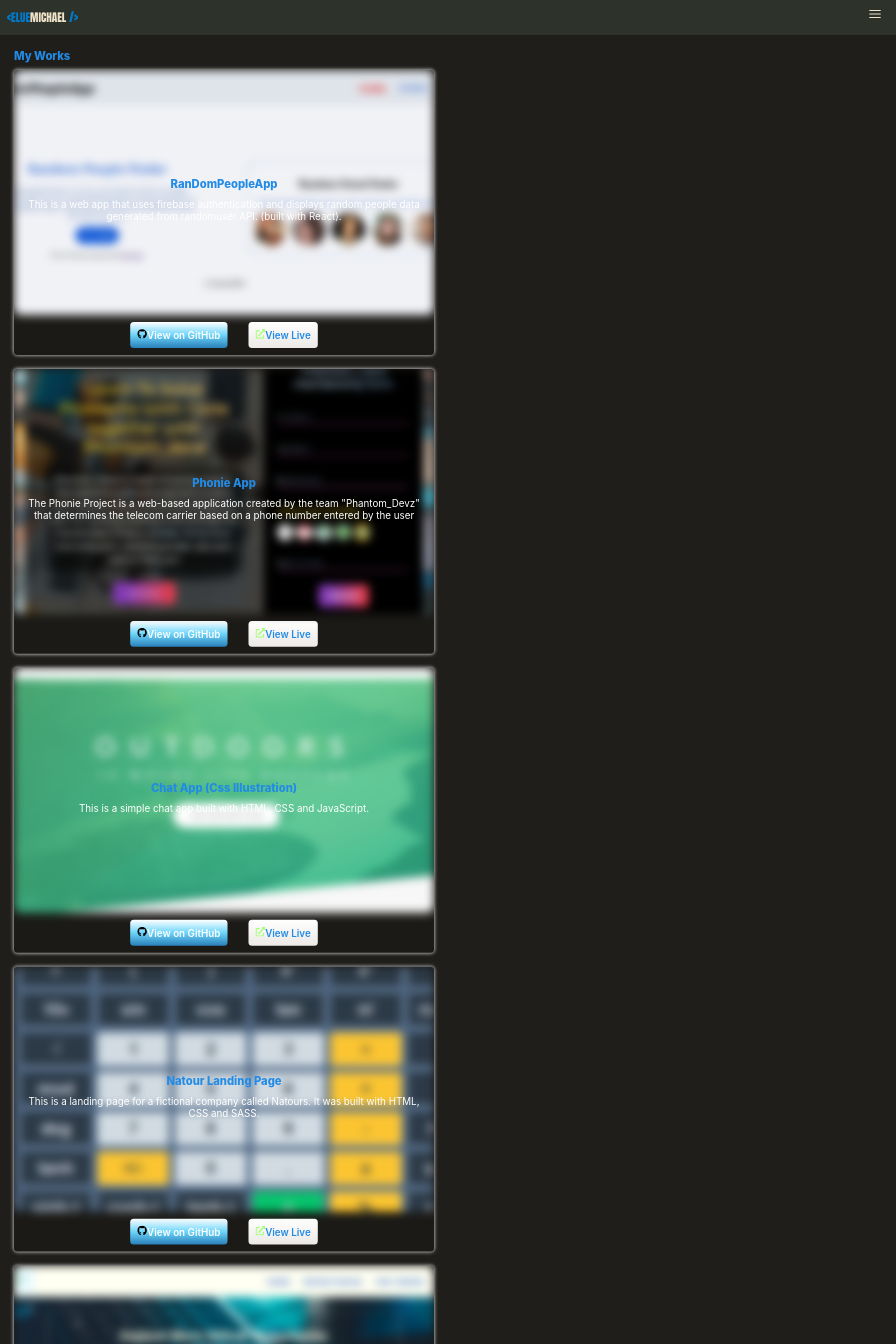
Repository: MikkyPrestige/portfolio
Page: /projects
An editor plug-in stored every save of this project. The page is shown before and after the next save, followed by the edit.
The browser window is 1280 px wide. The pictures show the part of the page from y = 0 to 1920 px (the page is 5651 px tall), at 70% of full size.
The project was rebuilt for these pictures with package versions that can differ from the ones it lists, and the page was loaded fresh each time. Also part of the build but not shown: src/components/avatar.jsx, src/components/home.jsx, src/components/about.jsx, src/components/fallback.jsx.

Above is the page before, as saved 2023-02-21 18:53:49.

### public/index.html
<!DOCTYPE html>
<html lang="en">
  <head>
    <meta charset="utf-8" />
    <link rel="icon" href="%PUBLIC_URL%/favicon.ico" />
    <meta name="viewport" content="width=device-width, initial-scale=1" />
    <meta name="theme-color" content="#000000" />
    <meta
      name="description"
      content="Web site created using create-react-app"
    />
    <link rel="apple-touch-icon" href="%PUBLIC_URL%/logo192.png" />
    <!--
      manifest.json provides metadata used when your web app is installed on a
      user's mobile device or desktop. See https://developers.google.com/web/fundamentals/web-app-manifest/
    -->
    <link rel="manifest" href="%PUBLIC_URL%/manifest.json" />
    <!--
      Notice the use of %PUBLIC_URL% in the tags above.
      It will be replaced with the URL of the `public` folder during the build.
      Only files inside the `public` folder can be referenced from the HTML.

      Unlike "/favicon.ico" or "favicon.ico", "%PUBLIC_URL%/favicon.ico" will
      work correctly both with client-side routing and a non-root public URL.
      Learn how to configure a non-root public URL by running `npm run build`.
    -->
    <title>Elue Michael Portfolio</title>
  </head>
  <body>
    <noscript>You need to enable JavaScript to run this app.</noscript>
    <div id="root"></div>
    <!--
      This HTML file is a template.
      If you open it directly in the browser, you will see an empty page.

      You can add webfonts, meta tags, or analytics to this file.
      The build step will place the bundled scripts into the <body> tag.

      To begin the development, run `npm start` or `yarn start`.
      To create a production bundle, use `npm run build` or `yarn build`.
    -->
  </body>
</html>

### src/assets/styles/sass/main.scss
@import 'abstracts/variables';
@import 'base/utilities';
@import 'base/base';
@import 'layouts/header';
@import 'pages/home';
@import 'pages/about';
@import 'pages/projects';

// @media (prefers-reduced-motion: no-preference) {
//   .App-logo {
//     animation: App-logo-spin infinite 20s linear;
//   }
// }

// @keyframes App-logo-spin {
//   from {
//     transform: rotate(0deg);
//   }
//   to {
//     transform: rotate(360deg);
//   }
// }

### src/components/layout.jsx
import React from "react";
import { MdClose } from "react-icons/md";
import { FiMenu } from "react-icons/fi";
import { useState } from "react";
import { NavLink } from "react-router-dom";

const Layout = () => {
  return (
    <div>
      <LayoutSmall />
      <LayoutLarge />
    </div>
  );
};

const CustomNavLink = ({ to, ...props }) => {
  let activeStyle = {
    color: "var(--color--green)",
    textDecoration: "underline",
  };

  return (
    <NavLink
      to={to}
      style={({ isActive }) =>
        isActive ? activeStyle : { textDecoration: "none" }
      }
      {...props}
    />
  );
};

const LayoutSmall = () => {
  const [showMenu, setShowMenu] = useState(false);

  const toggleMenu = () => {
    setShowMenu(!showMenu);
  };

  const closeMenu = () => {
    setShowMenu(false);
  };

  return (
    <div className="layout layout--small">
      <header className="layout--header">
        <div className="layout--header__title">
          <h1 className="layout--header__title__content">
            <span className="layout--header__title__content__span">{"<"}</span>
            <span className="layout--header__title__content__span--2">
              ELUE
            </span>
            MICHAEL{" "}
            <span className="layout--header__title__content__span">{"/>"}</span>
          </h1>
        </div>
        <nav className="layout--menu">
          <button className="layout--menu__button" onClick={toggleMenu}>
            {showMenu ? <MdClose /> : <FiMenu />}
          </button>
          <div className={`layout--menu__content ${showMenu ? "show" : ""}`}>
            <ul className="layout--menu__content__list">
              <li>
                <CustomNavLink
                  to="/"
                  onClick={closeMenu}
                  className="layout--menu__content__list__item"
                >
                  <span>#</span>Home
                </CustomNavLink>
              </li>
              <li>
                <CustomNavLink
                  to="/about"
                  onClick={closeMenu}
                  className="layout--menu__content__list__item"
                >
                  <span>#</span>About me
                </CustomNavLink>
              </li>
              <li>
                <CustomNavLink
                  to="/projects"
                  onClick={closeMenu}
                  className="layout--menu__content__list__item"
                >
                  <span>#</span>Projects
                </CustomNavLink>
              </li>
              <li>
                <CustomNavLink
                  to="/contact"
                  onClick={closeMenu}
                  className="layout--menu__content__list__item"
                >
                  <span>#</span>Contact
                </CustomNavLink>
              </li>
            </ul>
          </div>
        </nav>
      </header>
    </div>
  );
};

const LayoutLarge = () => {
  return (
    <div className="layout layout--large">
      <header className="layout--header">
        <div className="layout--title">
          <h1 className="layout--title__content">
            <span className="layout--title__content__span">{"<"}</span>
            <span className="layout--header__title__content__span--2">
              ELUE
            </span>
            MICHAEL<span className="layout--title__content__span">{"/>"}</span>
          </h1>
        </div>
        <div className="layout--menu">
          <ul className="layout--menu__list">
            <li className="layout--menu__list__item">
              <CustomNavLink to="/">Home</CustomNavLink>
            </li>
            <li className="layout--menu__list__item">
              <CustomNavLink to="/about">About me</CustomNavLink>
            </li>
            <li className="layout--menu__list__item">
              <CustomNavLink to="/projects">Projects</CustomNavLink>
            </li>
            <li className="layout--menu__list__item">
              <CustomNavLink to="/contact">Contact</CustomNavLink>
            </li>
          </ul>
        </div>
      </header>
    </div>
  );
};

export { Layout, LayoutSmall, LayoutLarge };

### src/assets/styles/sass/abstracts/_variables.scss
:root {
  --color-primary: #cc4600;
  --color-secondary: #bb45cb;
  --color-tertiary: #eefff8;

  // MARK UP
  --color--markup: #FF8303;
  // TEXT
  --color--text: #F0E3CA;

  // BACKGROUND
  --color--bg: #2D322A;
  --color--bg-light: #242320;
  --color--bg-dark: #1B1A17;
  --color--bg-dark-2: #1F1E1B;
  //DARK
  --color--dark: rgba(22, 22, 22, 1);
  --color--dark-1: rgba(34, 34, 34, 1);
  --color--dark-2: rgba(45, 45, 45, 1);
  --color--dark-3: rgba(51, 51, 51, 1);
  --color--dark-4: rgba(189, 189, 189, 1);
  //WHITE
  --color--white: rgba(255, 255, 255, 1);
  --color--white-1: rgba(240, 227, 202, 1);
  --color--white-2: #ece9e6;
  --color--white-op: rgba(240, 227, 202, 0.76);

  // GRAY
  --color--gray: #ABB2BF;

  --light-blue: rgba(97, 218, 251, 1);
  --light-blue--1: #3bc9db;
  --light-blue--2: #6dd5fa;
  --dark-blue: rgba(0, 122, 204, 1);
  --dark-blue--1: #2980b9;
  --blue-cyan: #228be6;
  --dark-blue-op: rgba(6, 6, 7, 0.82);

  --color--green: rgba(131, 205, 41, 1);

  //Font size
  --font-size: 1rem;
  --font-size--small: 1.2rem;
  --font-size--medium: 1.4rem;
  --font-size--large: 1.6rem;
  --font-size--x-large: 1.8rem;
  --font-size--xx-large: 2rem;
  // ICON FONTS
  --font-size--icon: 3rem;
  --font-size--icon-1: 3.5rem;
  --font-size--icon-2: 4rem;


  //Font family
  --font-family: 'Roboto', sans-serif;
  --font--family--primary: 'Inter', sans-serif;
  --font-family--secondary: 'Inconsolata', monospace;
  --font-family--tertiary: 'Impact', sans-serif;
  --font-family--2: 'Fira Code', monospace;

  // FONT WEIGHT
  --font-weight--light: 300;
  --font-weight--regular: 400;
  --font-weight--medium: 600;
  --font-weight--bold: 800;
  --font-weight--boldest: 900;
}

### src/assets/styles/sass/base/_utilities.scss
.github-link-bg {
  background: linear-gradient(to top, var(--dark-blue--1), var(--light-blue--2), var(--color--white));
}

.live-link-bg {
  background: linear-gradient(to top, var(--color--white-2), var(--color--white));
}

.blue-markup {
  color: var(--blue-cyan) !important;
}

### src/assets/styles/sass/base/_base.scss
*,
*::after,
*::before {
  margin: 0;
  padding: 0;
  box-sizing: border-box;
}

html {
  font-size: 62.5%;
  font-family: var(--font-family);
  color: var(--color-white);
  background-color: var(--color--bg);
}

::selection {
  background-color: var(--color-primary);
  color: var(--color-white);
}

### src/assets/styles/sass/layouts/_header.scss
.layout {
  width: 100%;
  height: 5rem;

  &--header {
    display: flex;
    justify-content: space-between;
    align-items: center;
    padding: 1rem;

    &__title {
      text-align: center;

      &__content {
        color: var(--color--text);
        font-family: var(--font-family--tertiary);
        font-size: var(--font-size--large);
        font-weight: var(--font-weight--regular);
        position: absolute;
        z-index: 1000;

        &__span {
          color: var(--dark-blue);
          font-size: var(--font-size--x-large);

          &--2 {
            color: var(--dark-blue);
          }
        }
      }
    }
  }

  &--menu {
    position: relative;

    &__button {
      position: fixed;
      top: 1rem;
      right: 2rem;
      z-index: 10;
      background-color: var(--color--bg);
      color: var(--color--text);
      border: none;
      font-size: var(--font-size--xx-large);
      font-weight: var(--font-weight--bold);
      cursor: pointer;
    }

    &__content {
      position: fixed;
      top: 0;
      right: 0;
      width: 0;
      max-width: 100%;
      height: 85%;
      background-color: var(--color--bg-dark);
      z-index: 5;
      overflow: hidden;

      &.show {
        width: 100%;
        transition: all 1s ease-in-out;
        -webkit-transition: all 1s ease-in-out;
        -moz-transition: all 1s ease-in-out;
        -ms-transition: all 1s ease-in-out;
        -o-transition: all 1s ease-in-out;
      }

      &__list {
        list-style: none;
        display: flex;
        flex-direction: column;
        justify-content: center;
        align-items: center;
        gap: 5rem;
        padding: 0;
        margin-top: 8rem;

        &__item {
          color: var(--dark-blue);
          font-family: var(--font-family--secondary);
          font-size: var(--font-size--large);
          font-weight: var(--font-weight--bold);
          font-style: normal;
          text-transform: capitalize;
          cursor: pointer;
          transition: all 1s ease-in-out;
          -webkit-transition: all 1s ease-in-out;
          -moz-transition: all 1s ease-in-out;
          -ms-transition: all 1s ease-in-out;
          -o-transition: all 1s ease-in-out;

          &:hover,
          &:active {
            color: var(--color--text);
          }

          span {
            color: var(--color--white-1);
          }
        }
      }
    }
  }


  &--large {
    display: none;
  }
}

### src/assets/styles/sass/pages/home.scss
.home {
  width: 100%;
  height: 100vh;
  background: radial-gradient(100% 100% at 50% 100%, var(--color--bg-dark-2) 21.52%, var(--color--bg-dark) 100%);

  &--contents {
    display: flex;
    flex-direction: column;
    justify-content: center;
    align-items: center;
    padding: 3rem 5rem;
    gap: 3rem;
  }

  &--content {
    display: flex;
    flex-direction: column;
    align-items: flex-start;
    padding: 0;
    gap: .5rem;

    &__title {
      font-family: var(--font-family--secondary);
      font-size: var(--font-size--x-large);
      font-weight: var(--font-weight--boldest);
      color: var(--dark-blue);
    }

    &__subtitle {
      font-family: var(--font-family--secondary);
      font-size: var(--font-size--large);
      font-weight: var(--font-weight--bold);
      color: var(--color--text);
    }

    &__desc {
      font-family: var(--font-family--secondary);
      font-size: var(--font-size--small);
      font-weight: var(--font-weight--regular);
      color: var(--color--white-1);
    }
  }

  &--avatar {
    border-radius: 5%;
    -webkit-border-radius: 5%;
    -moz-border-radius: 5%;
    -ms-border-radius: 5%;
    -o-border-radius: 5%;
    background-image: radial-gradient(circle, var(--blue-cyan) 5%, var(--light-blue--1) 95%);
  }
}

### src/assets/styles/sass/pages/_about.scss
.about {
  width: 100%;
  height: 100%;
  background-color: var(--color--bg-dark-2);
  color: var(--color--gray);

  &--wrapper {
    display: flex;
    flex-direction: column;
    justify-content: center;
    align-items: center;
    gap: 1rem;
  }

  &--desc {
    padding: 5rem;
    display: flex;
    flex-direction: column;
    justify-content: center;
    align-items: center;
    gap: 5rem;
  }

  &--img {
    position: relative;

    &__content1 {
      width: 3rem;
      height: 3rem;
      position: absolute;
      top: 0;
      left: 0;
      background: var(--dark-blue);
      transform: rotate(51.88deg);
    }

    &__content2 {
      width: 3rem;
      height: 3rem;
      position: absolute;
      top: 0;
      left: 0;
      background: var(--color--white-op);
    }
  }

  &--content {
    display: flex;
    flex-direction: column;
    justify-content: center;
    align-items: flex-start;
    gap: 2rem;
    font-family: var(--font-family--2);

    &__title {
      line-height: 2;

      &__head {
        font-size: var(--font-size--x-large);
        font-weight: var(--font-weight--medium);
      }

      &__span {
        color: var(--dark-blue);
      }

      &__subhead {
        font-size: var(--font-size--medium);
        font-weight: var(--font-weight--regular);
      }
    }

    &__text {
      padding-left: 3rem;
      line-height: 1.5;
      color: var(--color--text);

      &__head {
        font-size: var(--font-size--large);
        font-weight: var(--font-weight--regular);

        &__name {
          color: var(--blue-cyan);
          font-weight: var(--font-weight--medium);
        }
      }

      &__desc {
        font-size: var(--font-size--small);
        font-weight: var(--font-weight--regular);
      }
    }
  }

  &--skills {
    display: flex;
    flex-direction: column;
    justify-content: center;
    align-items: center;
    gap: 2rem;

    &__title__head {
      font-size: var(--font__title -size--x-large);
      font-weight: var(--font-weight--medium);
      color: var(--dark-blue);
      text-transform: capitalize;
    }

    &__icon {
      font-size: var(--font-size--medium);
      color: var(--color--white-1);
    }

    &__content {
      display: flex;
      flex-direction: column;
      align-items: flex-start;
      gap: 2rem;
      padding: 0;
      width: 100%;

      &__items {
        display: grid;
        grid-template-columns: repeat(2, 1fr);
        gap: 2rem 5rem;
        width: 100%;
        padding: 1rem 3rem;
        border-radius: 1rem;
        background-color: var(--color--bg-dark);

        &__card {
          display: flex;
          flex-direction: column;
          justify-content: center;
          align-items: center;
          padding: 1rem;
          width: 10rem;
          border-radius: 1rem;
          -webkit-border-radius: 1rem;
          -moz-border-radius: 1rem;
          -ms-border-radius: 1rem;
          -o-border-radius: 1rem;

          &__icon {
            font-size: var(--font-size--icon-2);
          }

          &__text {
            font-family: var(--font-family--secondary);
            font-size: var(--font-size--medium);
            font-weight: var(--font-weight--medium);
            color: var(--color--white-1);
          }
        }
      }
    }
  }
}

### src/assets/styles/sass/pages/_projects.scss
.project {
  padding: 2rem;
  background-color: var(--color--bg-dark-2);

  &--title {
    font-family: var(--font--family--secondary);
    font-size: var(--font-size--large);
    font-weight: var(--font-weight--bold);
    color: var(--blue-cyan);
    margin-bottom: 1rem;
  }

  &--wrapper {
    display: grid;
    grid-template-columns: repeat(1, 1fr);
    gap: 2rem;
    width: 100%;
  }

  &--card {
    background-color: var(--color--bg-dark);
    // margin: auto;
    padding: 1rem;
    border-radius: 0.5rem;
    box-shadow: 0 0 0.5rem 0.1rem var(--color--dark-4);
    transition: all 0.3s ease-in-out;
    position: relative;
    display: flex;
    flex-direction: column;
    justify-content: center;
    align-items: center;
    // height: 100%;
    max-width: 60rem;
    overflow-y: hidden;

    &:hover {
      transform: translateY(-0.5rem);
      box-shadow: 0 0 0.5rem 0.1rem var(--color--dark-4);
    }

    &__blur {
      position: absolute;
      top: 0;
      left: 0;
      width: 100%;
      height: 35rem;
      border-radius: 1rem;
      background-size: cover;
      background-position: center;
      background-repeat: no-repeat;
      filter: blur(0.7rem);
      //z-index: 1;

      &-1 {
        background-image: url(../../../images/randomApp.jpeg);
      }

      &-2 {
        background-image: url(../../../images/phonieApp.jpeg);
      }

      &-3 {
        background-image: url(../../../images/natours.jpeg);
      }

      &-4 {
        background-image: url(../../../images/calculator.jpeg);
      }

      &-5 {
        background-image: url(../../../images/repoApp.jpeg);
      }

      &-6 {
        background-image: url(../../../images/fylo.jpeg);
      }

      &-7 {
        background-image: url(../../../images/orderCard.jpeg);
      }

      &-8 {
        background-image: url(../../../images/phonyApp.jpeg);
      }

      &-9 {
        background-image: url(../../../images/ratingApp.jpeg);
      }

      &-10 {
        background-image: url(../../../images/chatAppCss.jpeg);
      }

      &-11 {
        background-image: url(../../../images/trillo.jpeg);
      }

      &-12 {
        background-image: url(../../../images/statsCard.jpeg);
      }

      &-13 {
        background-image: url(../../../images/phonyApp.jpeg);
      }

      &-14 {
        background-image: url(../../../images/shoebrand.jpeg);
      }
    }

    &__content {
      height: 35rem;
      width: 100%;
      display: flex;
      flex-direction: column;
      justify-content: center;
      align-items: center;
      gap: 1rem;
      position: relative;
      top: 0;
      left: 0;
      // z-index: 10;

      &__title {
        font-family: var(--font--family--secondary);
        font-size: var(--font-size--large);
        font-weight: var(--font-weight--bold);
        color: var(--blue-cyan);
      }

      &__desc {
        font-family: var(--font--family--secondary);
        font-size: var(--font-size--medium);
        font-weight: var(--font-weight--regular);
        color: var(--color--white);
        text-align: center;
      }
    }

    &__links {
      display: flex;
      align-items: center;
      gap: 3rem;

      &__link {
        text-decoration: none;
        padding: 1rem;
        border-radius: 0.5rem;
        font-family: var(--font--family--secondary);
        font-size: var(--font-size--medium);
        font-weight: var(--font-weight--medium);
        color: var(--color--white);
        transition: all 0.3s ease-in-out;
        display: inline-flex;
        // align-items: center;

        &:hover {
          color: var(--blue-cyan);
        }

        span {
          // text-align: center;
          // margin-left: 1rem;
        }
      }
    }
  }
}

Loaded but not shown: src/index.css (common file); src/reportWebVitals.js (common file); src/index.js (21 lines, source omitted); src/App.js (22 lines, source omitted); src/components/projects.jsx (437 lines, source omitted)

After the next save:
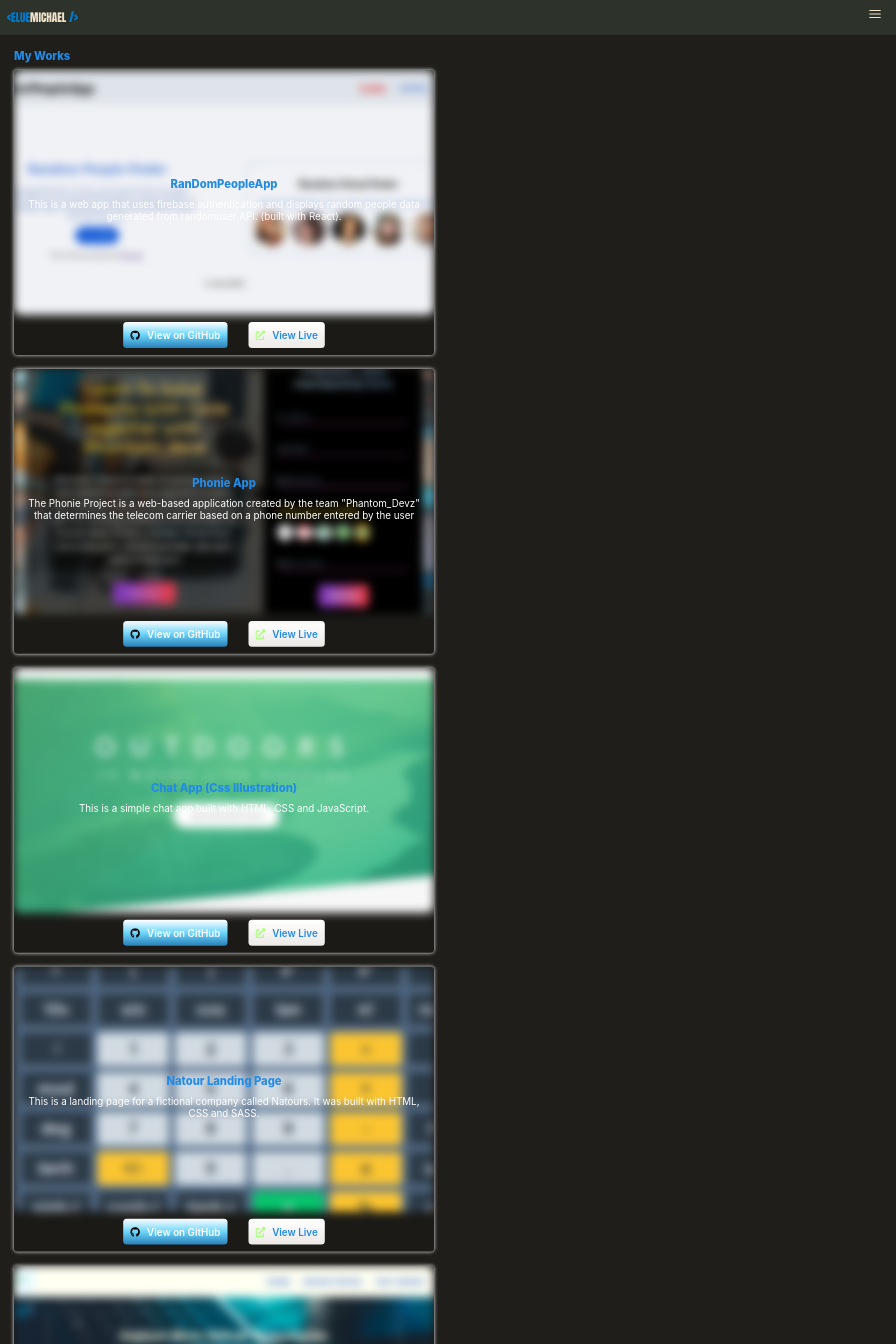
Saved 16 s later.
--- a/src/assets/styles/sass/pages/_projects.scss
+++ b/src/assets/styles/sass/pages/_projects.scss
@@ -152,7 +152,8 @@
         color: var(--color--white);
         transition: all 0.3s ease-in-out;
         display: inline-flex;
-        // align-items: center;
+        align-items: center;
+        gap: 1rem;
 
         &:hover {
           color: var(--blue-cyan);
